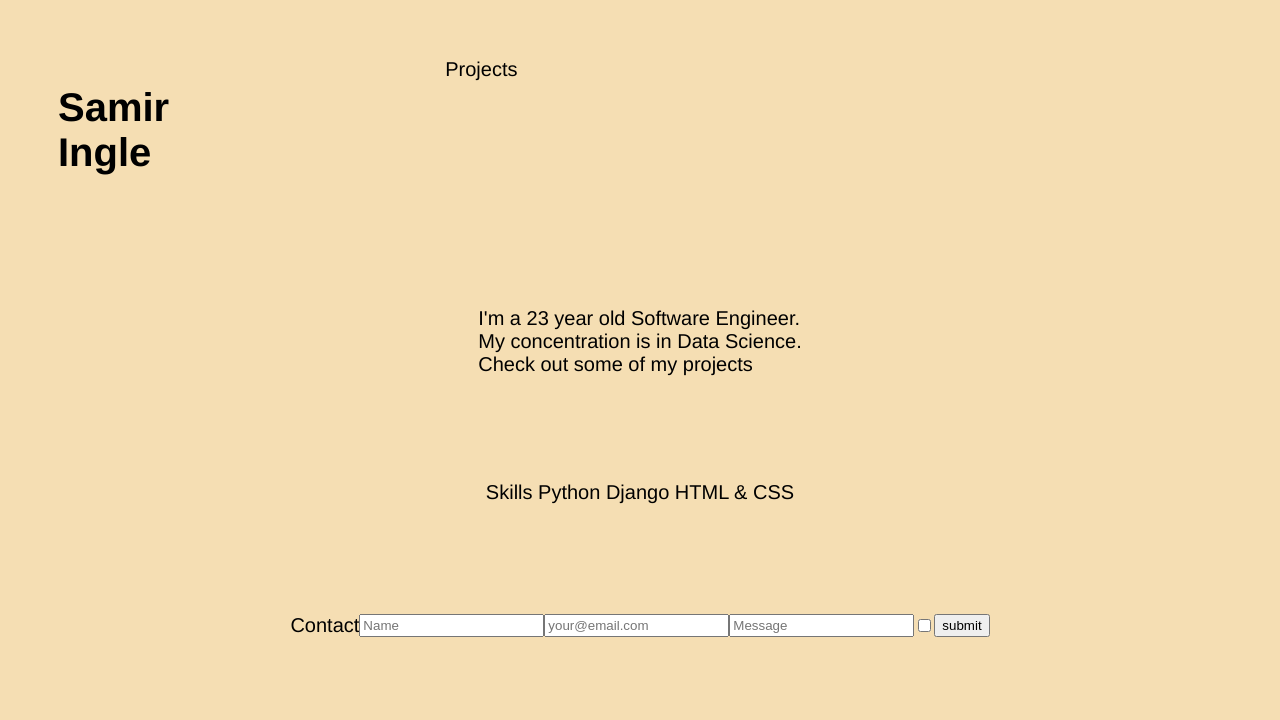
Repository: SamirIngley/html-semantic
Page: templates2/index2.html
An editor plug-in stored every save of this project. The page is shown before and after the next save, followed by the edit.
The browser window is 1280 px wide. The pictures show the whole page.

Above is the page before, as saved 2020-02-09 10:37:38.

### templates2/index2.html
<!DOCTYPE html>
<html lang="en">
<head>
    <meta charset="UTF-8">
    <meta name="viewport" content="width=device-width, initial-scale=1.0">
    <meta http-equiv="X-UA-Compatible" content="ie=edge">
    <link href="style2.css" rel="stylesheet">
    <title>Samir Ingle</title>
</head>


<body>

<dic class="wrapper">
    <div class="name">
        <h1>Samir Ingle</h1>
    </div>

    <div class="bio">

        I'm a 23 year old Software Engineer.<br>
        My concentration is in Data Science. <br>
        Check out some of my projects

    </div>

    <div class="skills">
        Skills

        Python
        Django
        HTML & CSS

    </div>

    <div class="projects">
        Projects

    </div>

    <div class="contact">
        Contact

        <input type="text" name="firstlast" placeholder="Name">
        <input type="email" name="email" placeholder="your@email.com">
        <input type="textarea" name="textarea" placeholder="Message">
        <input type="checkbox" name="Subscribe to my blog">
        <input type="submit" name="submit" value="submit">

    </div>
</dic>
</body>

</html>

### templates2/style2.css
body {
    background-color: wheat;
}
.wrapper {
    display: grid;
    grid-gap: 5px;
    grid-template-columns: repeat(4, 1fr);

    grid-template-areas: "n . . ."
                         ". b b ."
                         ". s s ."
                         ". p p ."
                         ". c c ."
}

.wrapper>div {
    display: flex;
    font-family: Helvetica;
    padding: 50px;
    font-size: 20px;
    justify-content: center;
}

.name {
    grid-area: n;
    /* padding: */
}

.bio {
    grid-area: b;
}

.skills {
    grid-area: s;
}

.contact {
    grid-area: c;
}

After the next save:
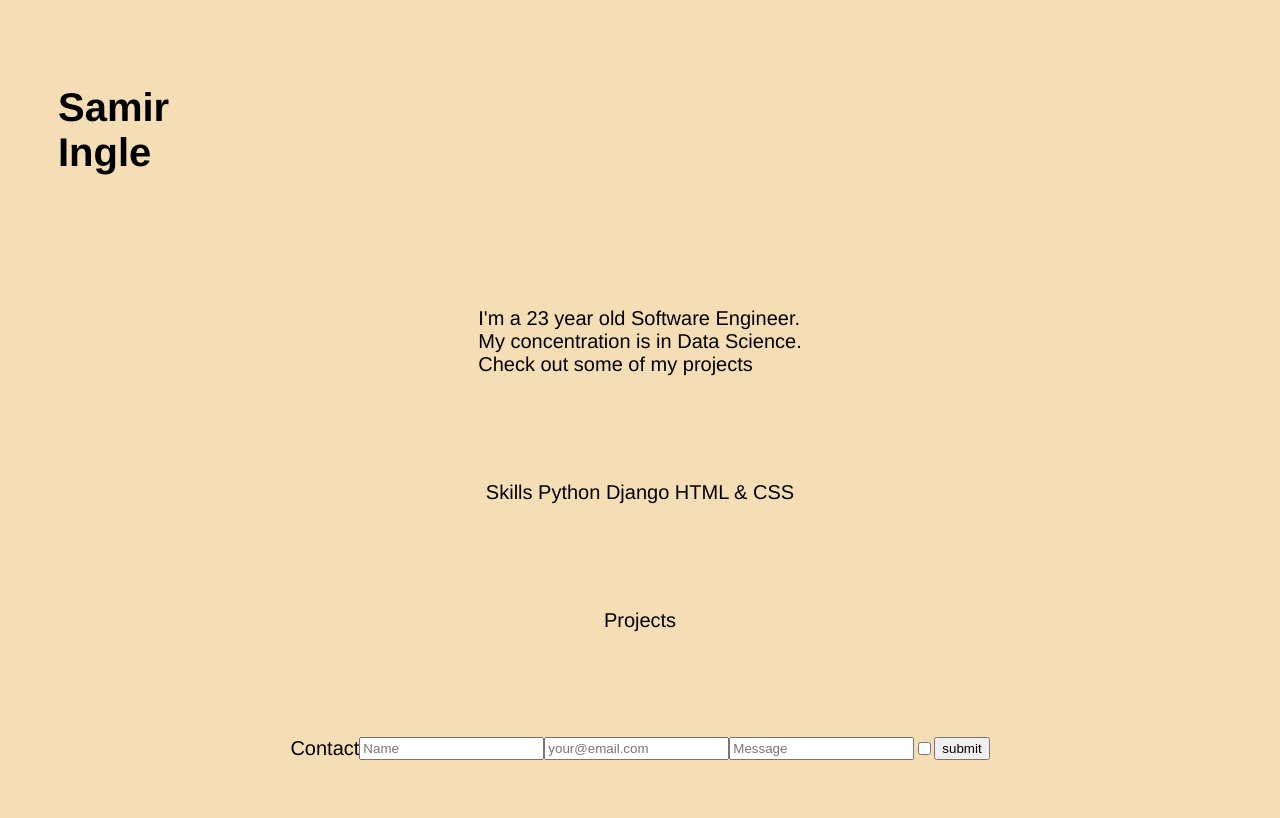
Saved 5 min 19 s later.
--- a/templates2/style2.css
+++ b/templates2/style2.css
@@ -34,6 +34,10 @@ body {
     grid-area: s;
 }
 
+.projects {
+    grid-area: p;
+}
+
 .contact {
     grid-area: c;
 }
